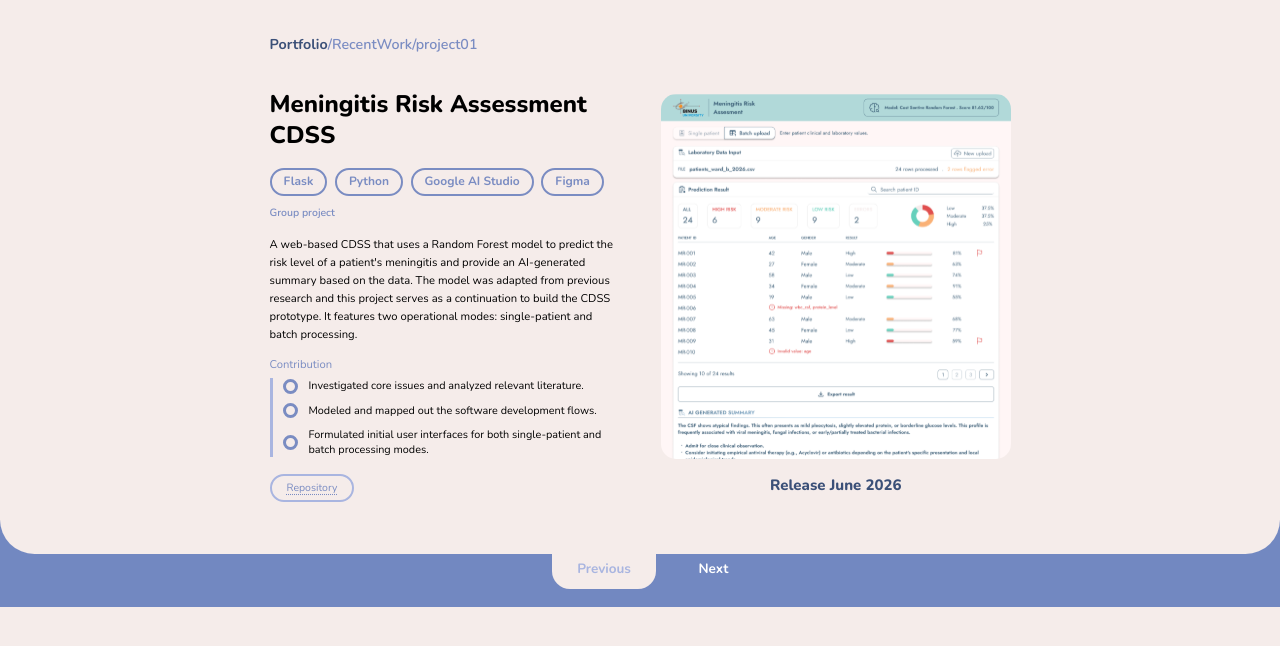
Repository: L-vy/L-vy
Page: /recentworks/project01
An editor plug-in stored every save of this project. The page is shown before and after the next save, followed by the edit.
The browser window is 1280 px wide. The pictures show the whole page.
Some web fonts or font styles are not loaded; a fallback is used. The project was rebuilt for these pictures with package versions that can differ from the ones it lists, and the page was loaded fresh each time. Also part of the build but not shown: vite.config.ts, src/components/Icon.tsx, src/data/site.ts, src/components/useGoTo.ts, src/components/Navbar.tsx, src/components/Hero.tsx, src/components/Reveal.tsx, src/components/Skills.tsx and 9 more.

Above is the page before, as saved 2026-10-07 19:45:21.

After the next save:
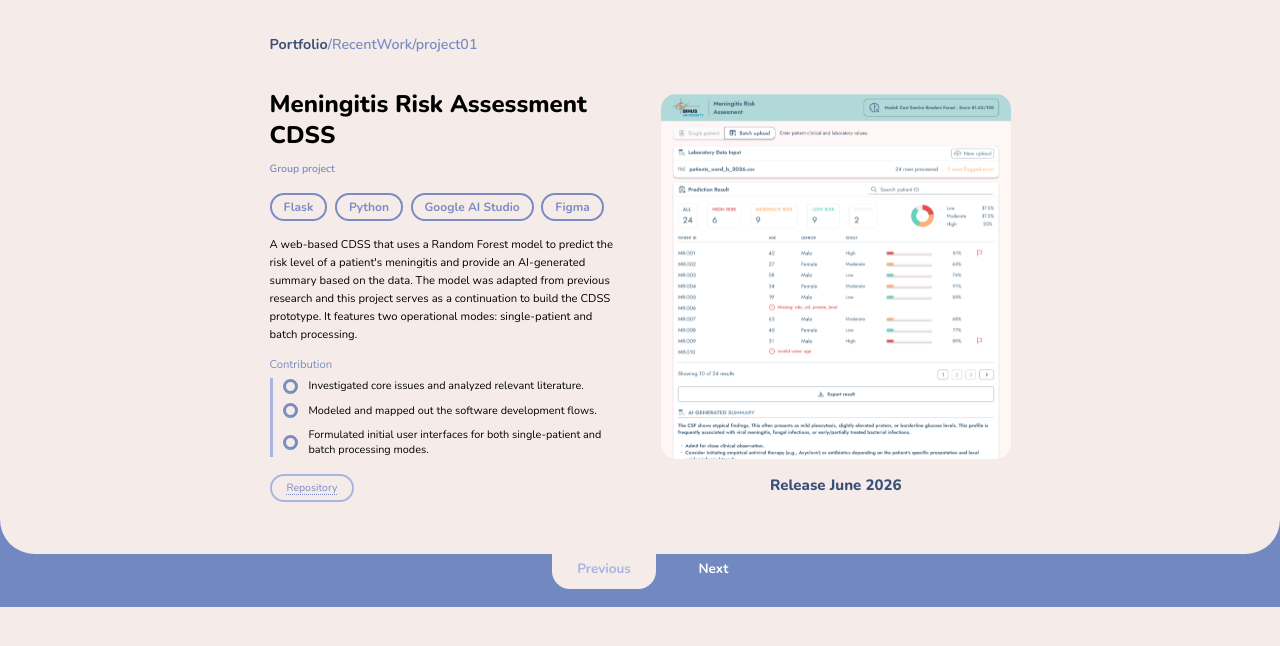
Saved 40 s later.
--- a/src/pages/ProjectDetails.tsx
+++ b/src/pages/ProjectDetails.tsx
@@ -15,10 +15,10 @@ export default function ProjectDetails() {
       <div className="detail-grid">
         <div>
           <h1 className="detail-title">{p.title}</h1>
+          <p className="meta">{p.type}</p>
           {/* <ul className="pills left">{p.categories.map(c => <li key={c} className="pill solid-outline">{c}</li>)}</ul>
           <p className="meta">{p.tools.join(' · ')} · {p.type}</p> */}
           <ul className="pills left" aria-label="Tools">{p.tools.map(t => <li key={t} className="pill solid-outline">{t}</li>)}</ul>
-          <p className="meta">{p.type}</p>
           <p className="lead sm">{p.description}</p>
           <h2 className="contrib">Contribution</h2>
           <ul className="contrib-list">{p.contributions.map(c => <li key={c}>{c}</li>)}</ul>
